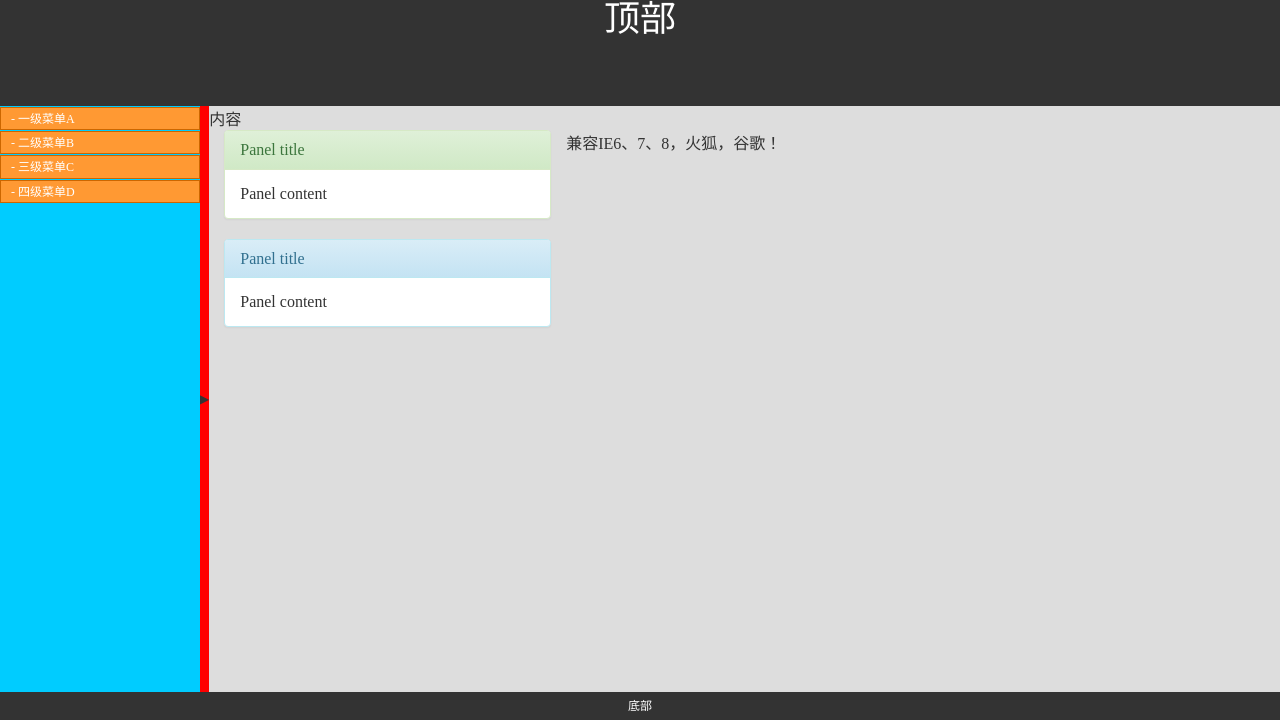
Repository: figo645/NewGenerationOA
Page: http://localhost/mavenweb/
These files come from the project's save history. The page is drawn as it stood at one moment and after the next save; the edit follows.
The browser window is 1280 px wide. The pictures show the whole page.
Some web libraries are served in a nearby version. The page is served by Tomcat 9. Nobody is signed in. The application's start-up code is not run.

Above is the page before, as saved 2015-09-24 09:31:45.

After the next save:
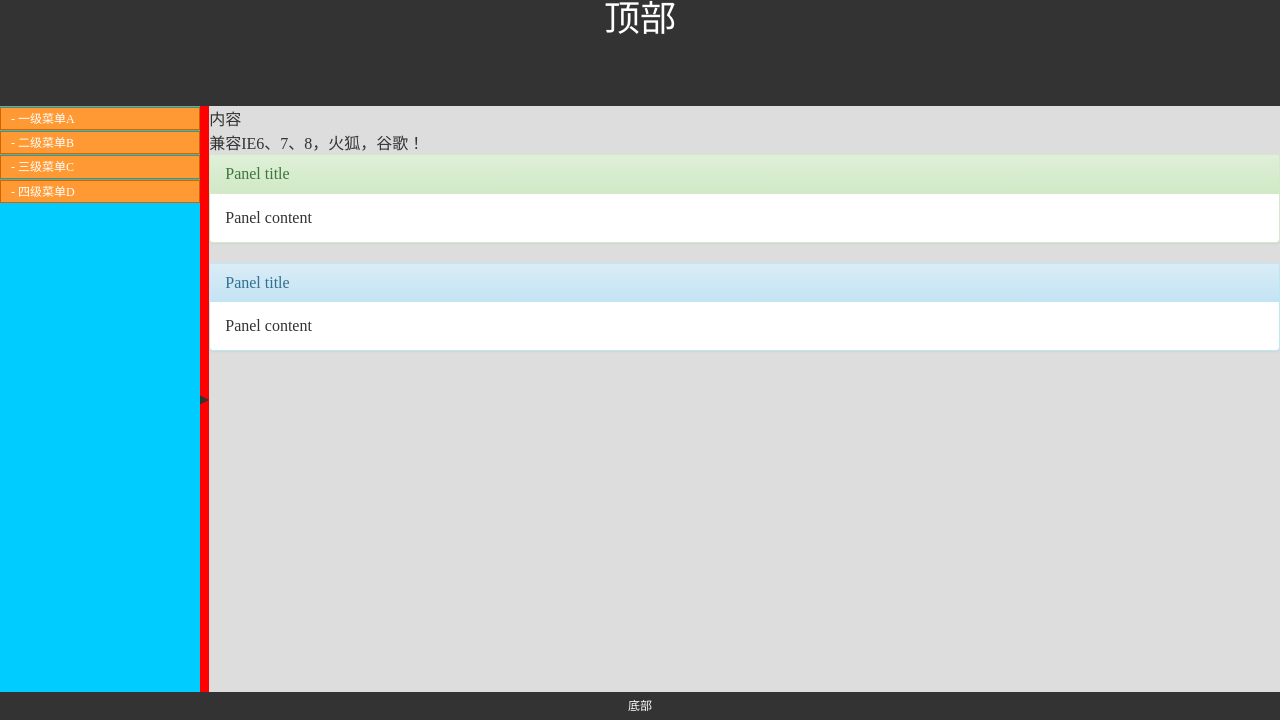
Saved 26 s later.
--- a/3.implementtation/prototype_ws/mavenweb/src/main/webapp/index.jsp
+++ b/3.implementtation/prototype_ws/mavenweb/src/main/webapp/index.jsp
@@ -370,7 +370,7 @@ body {
 				<td>
 					<div id="contenct">
 						内容<br />兼容IE6、7、8，火狐，谷歌！
-<div class="col-sm-4">
+
           <div class="panel panel-success">
             <div class="panel-heading">
               <h3 class="panel-title">Panel title</h3>
@@ -389,7 +389,7 @@ body {
           </div>
         </div>
 
-					</div>
+
 				</td>
 			</tr>
 		</table>
